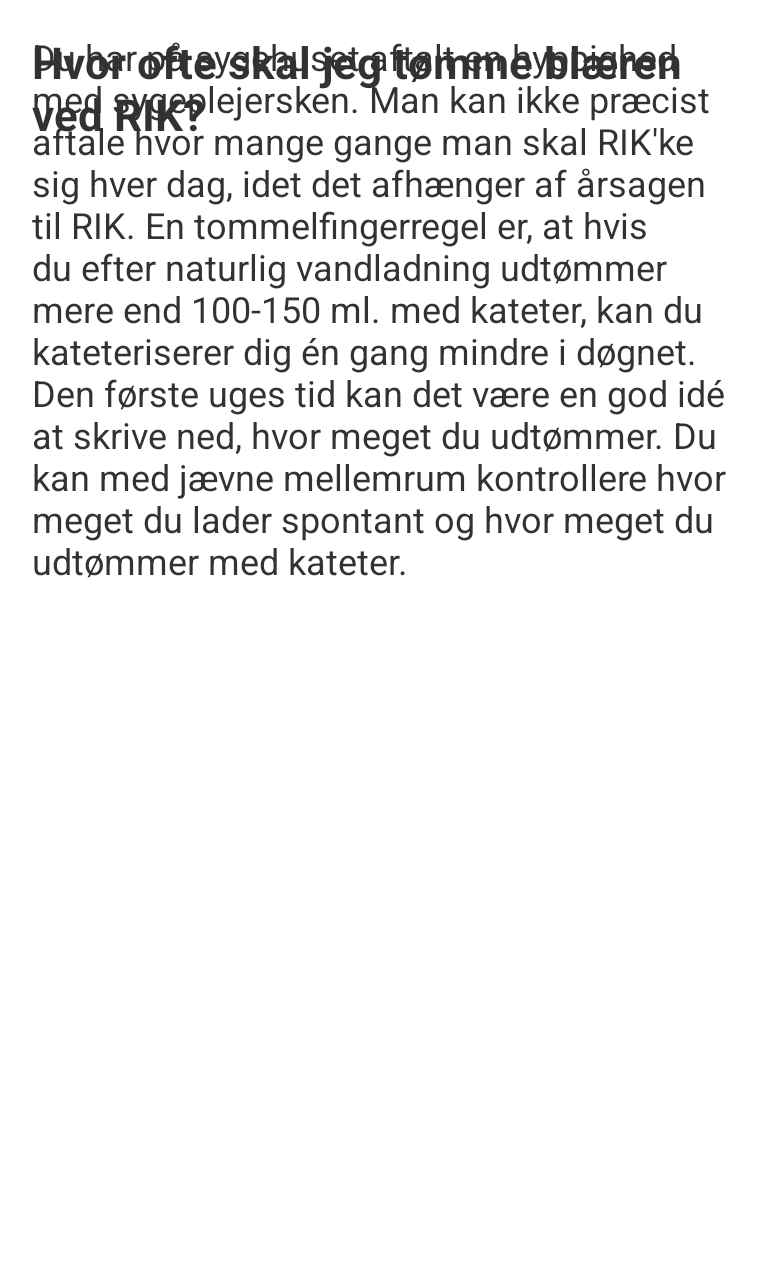
Repository: KingApollo/RIKapp2
Layout: RIKapp/res/layout/activity_why_blood.xml
An editor plug-in stored every save of this project. The layout is shown before and after the next save, followed by the edit.
It is drawn on a 768 x 1280 px phone screen (xhdpi) without system bars, with theme android:Theme.Light.NoTitleBar; the app's code is not run.

Above is the layout before, as saved 2014-10-10 12:27:49.

### RIKapp/res/layout/activity_why_blood.xml
<RelativeLayout xmlns:android="http://schemas.android.com/apk/res/android"
    xmlns:tools="http://schemas.android.com/tools"
    android:layout_width="match_parent"
    android:layout_height="match_parent"
    android:paddingBottom="@dimen/activity_vertical_margin"
    android:paddingLeft="@dimen/activity_horizontal_margin"
    android:paddingRight="@dimen/activity_horizontal_margin"
    android:paddingTop="@dimen/activity_vertical_margin"
    tools:context="dk.ucn.datamatiker.rikapp.WhyBlood" >


 <TextView
    android:id="@+id/tvWhyBloodQuestion"
    android:layout_width="wrap_content"
    android:layout_height="wrap_content"
    android:text="@string/howOftenQuestion"
    android:textSize="22sp"
    android:textStyle="bold" />

  <TextView
    android:id="@+id/tvHowOftenAnswer"
    android:layout_width="wrap_content"
    android:layout_height="wrap_content"
    android:text="@string/howOftenAnswer"
    android:layout_below="@+id/tvHowOftenQuestion"
    android:textSize="18sp"
    />

</RelativeLayout>

### RIKapp/res/values/strings.xml
<?xml version="1.0" encoding="utf-8"?>
<resources>

    <string name="app_name">RIKapp</string>
    <string name="hello_world">Hello world!</string>
    <string name="action_settings">Settings</string>
    <string name="title_activity_hyg">Hyg</string>
    <string name="hygiejne_btn">Hygiejne</string>
    <string name="maaling_btn">Måling</string>
    <string name="title_activity_maalinger">Maalinger</string>
    <string name="skema_btn">Skema</string>
    <string name="title_activity_skema">Skema</string>
    <string name="title_activity_information">Information</string>
    <string name="howOftenAnswer">"Du har på sygehuset aftalt en hyppighed med sygeplejersken. Man kan ikke præcist aftale hvor mange gange man skal RIK'ke sig hver dag, idet det afhænger af årsagen til RIK. En tommelfingerregel er, at hvis du efter naturlig vandladning udtømmer mere end 100-150 ml. med kateter, kan du kateteriserer dig én gang mindre i døgnet. Den første uges tid kan det være en god idé at skrive ned, hvor meget du udtømmer. Du kan med jævne mellemrum kontrollere hvor meget du lader spontant og hvor meget du udtømmer med kateter."</string>
    <string name="howOftenQuestion">Hvor ofte skal jeg tømme blæren ved RIK?</string>
    <string name="test1">111111111111111111111111</string>
    <string name="test2">22222222222222222222222222</string>
    <string name="title_activity_how_often">HowOften</string>
    <string name="title_activity_kontakt">Kontakt</string>
    <string name="kontakt_btn">Kontakt</string>
    <string name="kontakt_text">"<b>Kontakt1</b> \n Kontaktperson: kp1 \n Tlf: 12345678 \n Email: kp1@e.dk
        \n\n<b>Kontakt2</b> \n Kontaktperson: kp2 \n Tlf: 87654321 \n Email: kp2@e.dk"</string>
    <string name="kontakt_title">"Kontakt"</string>
    <string name="mlInput_hint">Intast ml</string>
    <string name="save_btn_name">Log måling</string>
    <string name="noteInput_hint">Eventuelt note</string>
    <string name="title_activity_when_in_bladder">WhenInBladder</string>
    <string name="whenBladderQuestion">"Hvordan ved jeg om jeg er inde i blæren med kateteret?"</string>
    <string name="whenBladderAnswer">"Når urinen løber ud gennem kateret i toilettet, så er du i blæren. Vær opmærksom på, at kateteret ikke er langt oppe i blæren at hullerne på spidsen af kateteret kommer over niveau med urinen inde i blæren – så kan det nemlig ikke tømmes ud. Træk derfor kateteret langsom ud igen, og hvis der kommer mere urin, så vent til det ikke løber mere. Træk derefter resten ud i et jævnt træk.</string>
    <string name="doesItHurtQuestion">Gør det ondt at katerisere sig selv?</string>
    <string name="doesItHurtAnswer">""Nej, det gør ikke ondt, men du kan føle lidt ubehag i begyndelsen i urinrøret eller et kortvarigt jag i blæren. Hvis du oplever sådan et jag, så kan det skyldes at blærevæggen suges tæt til kateteret i blæren, når den tømmes. Det forsvinder hurtigt igen. "</string>
    <string name="whyBloodQuestion">Hvorfor kommer der somme tider lidt blod, når jeg kateriserer mig?</string>
    <string name="whyBloodAnswer">Det gør der, fordi der nemt kan komme en lille ridse i urinrørets slimhinde eller i blærens slimhinde. Det betyder ingenting, og er helt ufarligt. </string>
    <string name="whenHandWashQuestion">Hvornår skal jeg vaske hænder, når jeg skal RIK´ke?</string>
    <string name="whenHandWashAnswer">Det skal du før du påbegynder udtømningen. Det vil sige, at du finder det frem, som du skal bruge, og måske lukker du bukserne op og trækker bukserne ned. Så vasker du hænderne ifølge forskrifterne – klik her. Du skal også afslutte med at vaske hænderne, når du har tømt blæren for urin, og har trukket benklæderne op igen. Du skal tørre hænderne i et rent håndklæde/engangshåndklæde.</string>
    <string name="howHandWashQuestion">Hvordan skal jeg vaske mine hænder korrekt?</string>
    <string name="howHandWashAnswer">Du kan se videoen ved at klikke her</string>
    <string name="title_activity_does_it_hurt">DoesItHurt</string>
    <string name="title_activity_when_wash_hands">WhenWashHands</string>
    <string name="title_activity_how_wash_hands">HowWashHands</string>
    <string name="title_activity_why_blood">WhyBlood</string>

</resources>

Loaded but not shown: RIKapp/res/values/dimens.xml (common file); RIKapp/res/values-w820dp/dimens.xml (common file)

After the next save:
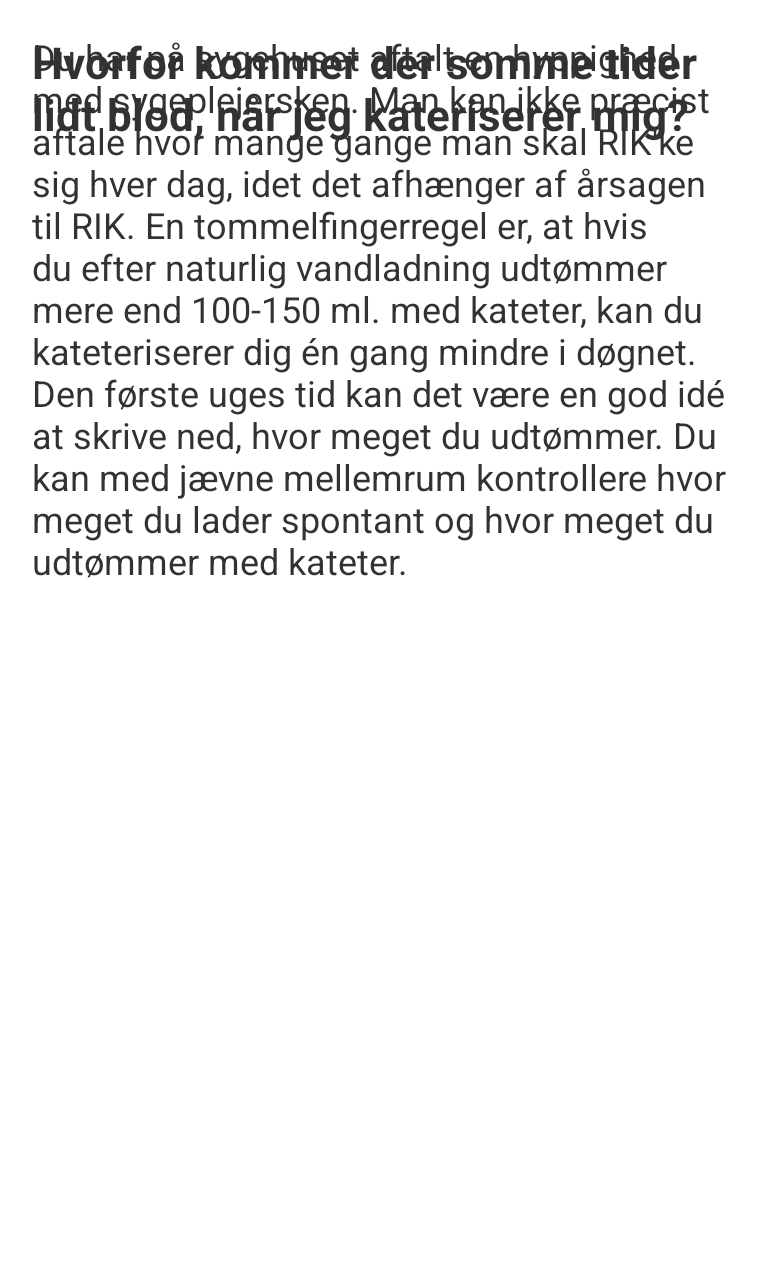
Saved 6 s later.
--- a/RIKapp/res/layout/activity_why_blood.xml
+++ b/RIKapp/res/layout/activity_why_blood.xml
@@ -13,7 +13,7 @@
     android:id="@+id/tvWhyBloodQuestion"
     android:layout_width="wrap_content"
     android:layout_height="wrap_content"
-    android:text="@string/howOftenQuestion"
+    android:text="@string/whyBloodQuestion"
     android:textSize="22sp"
     android:textStyle="bold" />
 
